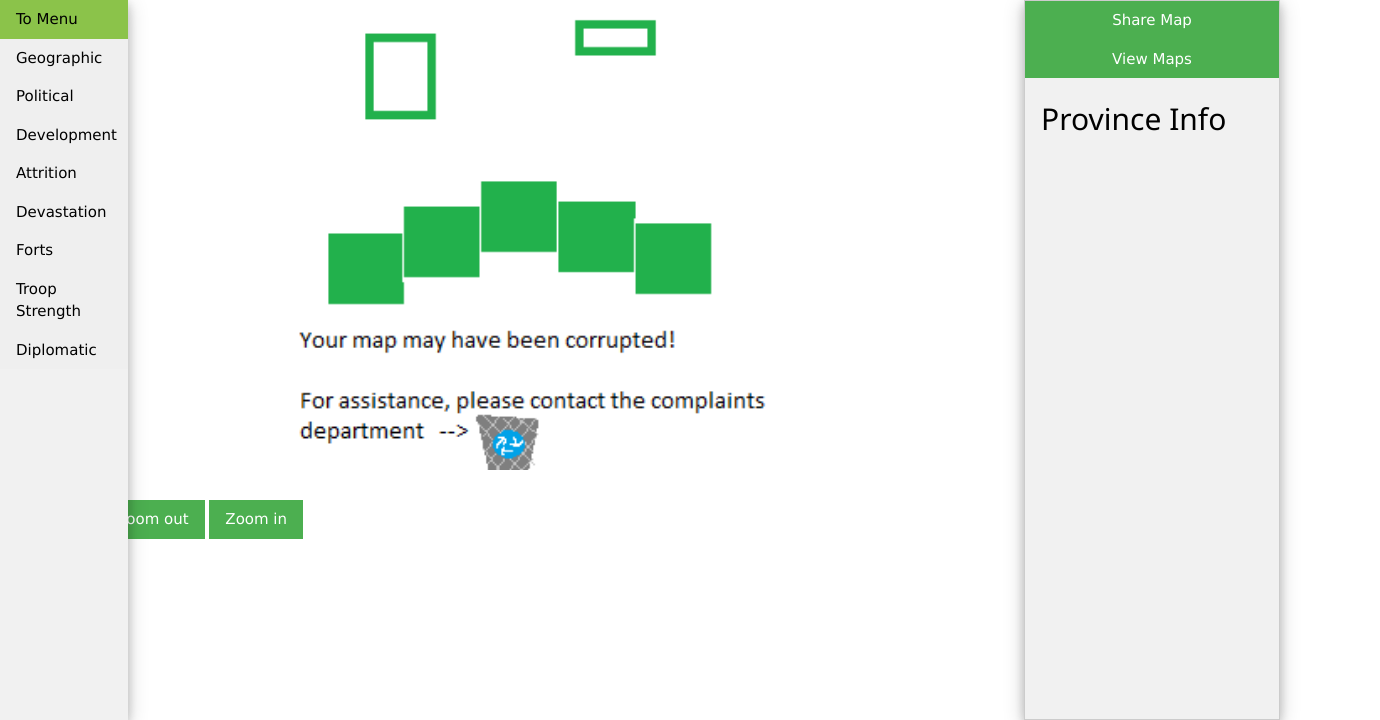
Repository: ReactorDevelopment/environment
Page: public/map.html
The author's editor kept a record of every edit. The page is drawn from the files as they stood at one moment, then again after the next edit.
The browser window is 1280 px wide. The page is 1380 px wide, then 1280 px, so the pictures cover 1380 px, including what lies to the right of the window. The pictures show the whole page.

Above is the page before.
Console error: SyntaxError: Identifier 'ALPHA' has already been declared

### public/map.html
<!DOCTYPE html>
<html>
    <head>
      <meta charset="UTF-8">
      <title>Title</title>
      <meta name="viewport" content="width=device-width, initial-scale=1">
      <link rel="stylesheet" href="https://www.w3schools.com/w3css/4/w3.css">
      <script src="https://ajax.googleapis.com/ajax/libs/jquery/3.5.1/jquery.min.js"></script>
      <script src="tint.js"></script>
      <script src="Nation.js"></script>
      <script src="saveBooter.js"></script>
      <script src="mapController.js"></script>
      <script src="Province.js"></script>
      <script src="Europe.js"></script>
      <script src="Province.js"></script>
    </head>
    <body>
      <div class="w3-sidebar w3-light-grey w3-bar-block w3-card-4" style="width:10%; top:0">
        <button onclick="toMenu()" class=" w3-bar-item w3-button w3-green w3-hover-light-green">To Menu</button>
        <input type="button" id="geoMode" class="w3-bar-item w3-hover-green" value="Geographic" onclick="map.updateAllOverlays(0)">
        <input type="button" id="polMode" class="w3-bar-item w3-hover-green" value="Political" onclick="map.updateAllOverlays(1)">
        <input type="button" id="devMode" class="w3-bar-item w3-hover-green" value="Development" onclick="map.updateAllOverlays(3)">
        <input type="button" id="attMode" class="w3-bar-item w3-hover-green" value="Attrition" onclick="map.updateAllOverlays(4)">
        <input type="button" id="brnMode" class="w3-bar-item w3-hover-green" value="Devastation" onclick="map.updateAllOverlays(5)">
        <input type="button" id="frtMode" class="w3-bar-item w3-hover-green" value="Forts" onclick="map.updateAllOverlays(6)">
        <input type="button" id="mitMode" class="w3-bar-item w3-hover-green" value="Troop Strength" onclick="map.updateAllOverlays(7)">
        <input type="button" id="dipMode" class="w3-bar-item w3-hover-green" value="Diplomatic" onclick="map.updateAllOverlays(8)">
      </div>
      <ul id="provInfo" class="w3-sidebar w3-light-grey w3-bar-block w3-ul w3-border w3-card-4 w3-hoverable" style="margin-left:80%; width:20%; top:0">
        <li onclick="toDb(true)" class="w3-bar-item w3-button w3-green w3-hover-light-green" style="text-align: center">Share Map</li>
        <li onclick="toDb(false)" class="w3-bar-item w3-button w3-green w3-hover-light-green" style="text-align: center">View Maps</li>
        <li class="w3-bar-item"><h2>Province Info</h2></li>
        <li id="provName" class="w3-bar-item"></li>
        <li id="provOwner" class="w3-bar-item"></li>
        <li id="provCore" class="w3-bar-item"></li>
        <li id="provDev" class="w3-bar-item"></li>
        <li id="provBrn" class="w3-bar-item"></li>
        <li id="provAtt" class="w3-bar-item"></li>
        <li id="provFrt" class="w3-bar-item"></li>
        <li id="provTroops" class="w3-bar-item"></li>
      </ul>
      <div style="width: 100%; margin-left: 100px">
        <div class="container">
            <div ondragstart="return false" class="drag-div initial-selected">
                <img id="mapBackground" src="europe.png" style="width: 100%"/>
            </div>
        </div>
        <input type="button" id="zoomout" class="w3-button w3-green w3-hover-light-green" value="Zoom out" onclick="zoom(0.5)">
        <input type="button" id="zoomin" class="w3-button w3-green w3-hover-light-green" value="Zoom in" onclick="zoom(2)">
      </div>
    </body>
    <script>
      let dragItem = null;
      let lastDragged = document.getElementsByClassName('initial-selected')[0];
      let x_img_ele = 0;
      let y_img_ele = 0;
      var mapStr;
      var fileName;
      var map = null;
      initMap();

      function initMap(){
        map = new Europe();
        mapStr = window.location.href;
        mapStr = decodeURI(mapStr.substring(mapStr.indexOf("mapstr=")+7));
        fileName = window.location.href;
        fileName = decodeURI(fileName.substring(fileName.indexOf("file=")+5, fileName.indexOf("&")));
        try{
          buildVersion(mapStr, map);
        }catch(e){
          document.getElementById("mapBackground").src = "mapError.png";
          return
        }
        for(let i=0; i<map.getList().length; ++i){
          map.getList()[i].overlay.onload = function() {
            let imgWidth = this.width;
            let imgHeight = this.height;
            map.getList()[i].initCanvas();
            map.getList()[i].canvas.id = "map"+(i+1);
            map.getList()[i].canvas.className = "province";
            map.getList()[i].canvas.style = "position: absolute; top: "+map.getList()[i].getY()+"px; left: "+map.getList()[i].getX()+"px; width: "+(imgWidth*map.getOverscale())+"px; height: "+(imgHeight*map.overScale)+"px;";
            map.getList()[i].canvas.addEventListener('click', function(){
              document.getElementById("provName").innerHTML = "Name: "+map.getList()[i].name;
              document.getElementById("provOwner").innerHTML = "Owner: "+map.getList()[i].getOwner().getName();
              document.getElementById("provCore").innerHTML = "Core Owner: "+map.getList()[i].getCoreOwner().getName();
              document.getElementById("provDev").innerHTML = "Development: "+map.getList()[i].getDevelopment();
              document.getElementById("provBrn").innerHTML = "Devastation: "+map.getList()[i].getDevastation();
              document.getElementById("provAtt").innerHTML = "Attrition: "+map.getList()[i].getAttrition();
              document.getElementById("provFrt").innerHTML = "Fort Level: "+map.getList()[i].getFortLevel();
              document.getElementById("provTroops").innerHTML = "Legions: "+map.getList()[i].getTroops();
            });

            document.getElementsByClassName('initial-selected')[0].appendChild(map.getList()[i].canvas);

          };
          map.getList()[i].overlay.src = "europeMap/"+(i+1)+".png";
        }
      }

      function zoom(zoomincrement) {
        let initialWidth = lastDragged.getBoundingClientRect().width;
        let initialHeight = lastDragged.getBoundingClientRect().height;
        let mapX = lastDragged.getBoundingClientRect().left;
        let mapY = lastDragged.getBoundingClientRect().top;
        console.log(lastDragged.style.width);
        lastDragged.style.width = (initialWidth * zoomincrement) + 'px';
        lastDragged.style.height = (initialHeight * zoomincrement) + 'px';
        console.log(lastDragged.style.width);

        let zoomAdj = [1, 1];
        for(let i=0; i<map.getList().length; ++i){
          let provAt = document.getElementById('map'+(i+1));
          provAt.style.left = (map.getList()[i].relX * lastDragged.getBoundingClientRect().width/100.0*zoomAdj[0]) + 'px';
          provAt.style.top = (map.getList()[i].relY * lastDragged.getBoundingClientRect().height/100.0*zoomAdj[1]) + 'px';
          provAt.style.width = (provAt.getBoundingClientRect().width * zoomincrement) + 'px';
          provAt.style.height = (provAt.getBoundingClientRect().height * zoomincrement) + 'px';
        }
      }

      function start_drag() {
        dragItem = this;
        lastDragged = this;
        x_img_ele = window.event.clientX - dragItem.offsetLeft;
        y_img_ele = window.event.clientY - dragItem.offsetTop;

      }

      function stop_drag() {
        dragItem = null;
      }

      function while_drag() {
        var x_cursor = window.event.clientX;
        var y_cursor = window.event.clientY;
        if (dragItem !== null) {
          dragItem.style.left = (x_cursor - x_img_ele) + 'px';
          dragItem.style.top = ( window.event.clientY - y_img_ele) + 'px';

            console.log(dragItem.style.left+' - '+dragItem.style.top);

        }
      }
      function toMenu(){
        window.open("/", "_self");
      }
      function toDb(update){
        if(update)
          window.open("/login.html?file="+fileName+"&mapstr="+mapStr, "_self");
        else
          window.open("/database.html", "_self");
      }
      $('.drag-div').each(function () {
        this.addEventListener('mousedown', start_drag);
      });
      $('.drag-div').each(function () {
        this.addEventListener('mousemove', while_drag);
        this.addEventListener('mouseup', stop_drag);
      });
    </script>
</html>

<style>
    .drag-div {
      overflow: hidden;
      height:470px;
      cursor: move;
      position: relative;
      width: 915px;
      background-color: coral;
    }

    .container {
      overflow: hidden;
      height:500px;
    }

### public/tint.js
function createCanvas(image, canvas, color){

    // create a new canvas element
    //var myCanvas = document.createElement("canvas");
    var myCanvasContext = canvas.getContext("2d");


    var imgWidth=image.width;
    var imgHeight=image.height;

    // set the width and height to the same as the image
    canvas.width= imgWidth;
    canvas.height = imgHeight;

    // draw the image
    myCanvasContext.drawImage(image,0,0);

    // get all the image data into an array
    if(imgHeight === 0 || imgWidth === 0)
        return

    var imageData = myCanvasContext.getImageData(0,0, imgWidth, imgHeight);


    if(color !== undefined)
        for (let j=0; j<imageData.width; j++){
            for (let i=0; i<imageData.height; i++){
                let index=(i*4)*imageData.width+(j*4);
                let pixel = [imageData.data[index], imageData.data[index+1], imageData.data[index+2], imageData.data[index+3]];
                let fade = 0.8;
                imageData.data[index] = faded(imageData.data[index], color[1], fade);
                imageData.data[index+1] = faded(imageData.data[index+1], color[2], fade);
                imageData.data[index+2] = faded(imageData.data[index+2], color[3], fade);
                //imageData.data[index+3] = color[0];
            }
        }

     // put the image data back into the canvas
     myCanvasContext.putImageData(imageData, 0, 0, 0, 0, imageData.width, imageData.height);

  }

function faded(background, foreground, opacity){
    return (background*(-opacity+1)+foreground*opacity);
}

### public/saveBooter.js
const SAVE_FORM = [3, 5, 4, 4, 4, 5, 4, 4, 3];
var loadString;
var playerList;
function buildVersion(loadStr, map){
    loadString = loadStr;
    logLoad();
    let plStrLen = 3 + 1 + 1 + SAVE_FORM[2] + SAVE_FORM[3] + SAVE_FORM[4]; //length of player information
    let pStrLen = SAVE_FORM[8] + SAVE_FORM[1] + SAVE_FORM[5] + SAVE_FORM[6] + SAVE_FORM[7] + 1; //length of province information
    let init = 8; //encoding, mapId, turnNum
    let plLen = 3;
playerList = new Array(get(loadString.indexOf("!")+1, plLen));
    /*if (!firstLoaded) {
        mapImperium(get(4, 1));
        console.log("Testyear", loadString.substring(loadString.indexOf('[')+1, loadString.indexOf(',', loadString.indexOf('[')))
                +", "+loadString.substring(loadString.indexOf(',', loadString.indexOf('['))+1, loadString.indexOf(']')));
        console.log("plterLen", loadString.substring(loadString.indexOf("!"), loadString.indexOf("!") + plLen) + ", " + map.getList().length + ", " + (init + pStrLen * map.getList().length));
        game = new Game(context, get(loadString.indexOf("!")+1, plLen), get(loadString.indexOf("|") - 1, 1),
                [loadString.substring(loadString.indexOf('[')+1, loadString.indexOf(',', loadString.indexOf('['))), loadString.substring(loadString.indexOf(',', loadString.indexOf('['))+1, loadString.indexOf(']'))]);

        setupMap();
    } else {
        game.setPlayerLength(get(loadString.indexOf("!")+1, plLen));
        game.setTimeline(loadString.substring(loadString.indexOf('[')+1, loadString.indexOf(',', loadString.indexOf('['))));
        game.setYear(Integer.parseInt(loadString.substring(loadString.indexOf(',', loadString.indexOf('['))+1, loadString.indexOf(']'))));
        map.resetAll();
    }*/
    //game.setTurnNum(get(5, SAVE_FORM[0]));
    //if (debugingOn) game.setTurnNum(0);
    let lastStart = 0;
    lastStart = loadString.indexOf("<", lastStart)+1;
    let ranOut = false;
    for (let i = 0; i < map.getList().length; i++) {
        let pAt = map.getList()[i];
        console.log("inProv", pAt.getName()+": {" + loadString.substring(lastStart, loadString.indexOf("<", lastStart)) + "}");
        pAt.setLoadTag(loadString.substring(lastStart, lastStart + SAVE_FORM[8]));
        pAt.setCoreOwner(loadString.substring(lastStart + SAVE_FORM[8], lastStart + SAVE_FORM[8] + 3));
        pAt.setDevelopment(getD(lastStart + SAVE_FORM[8] + 3, SAVE_FORM[5]));
        pAt.modDevastation(getD(lastStart + SAVE_FORM[8] + 3 + SAVE_FORM[5], SAVE_FORM[6]));
        pAt.setAttrition(getD(lastStart + SAVE_FORM[8] + 3 + SAVE_FORM[5] + SAVE_FORM[6], SAVE_FORM[7]));
        pAt.setFortLevel(get(lastStart + SAVE_FORM[8] + 3 + SAVE_FORM[5] + SAVE_FORM[6] + SAVE_FORM[7], 1));
        let stackAt = loadString.indexOf("(", lastStart)+1;
        while(stackAt < loadString.indexOf(")", lastStart)-1){
            let stackString = loadString.substring(stackAt, loadString.indexOf(",", stackAt));
            console.log("MakeStack", stackString+", "+stackString.length+", "
                    +stackString.substring(0, 3));
            /*let ts = new TroopStack(stackString.substring(0, 3),
                    parseFloat(stackString.substring(3, 8))
                    , parseInt(stackString.substring(8, 9)));*/
            //pAt.getTroopStacks().add(ts);
            pAt.modTroops(parseFloat(stackString.substring(3, 8)));
            stackAt += stackString.length+1;
        }
        if(loadString.indexOf("!", lastStart) < loadString.indexOf("<", lastStart)) {
            ranOut = true;
            break; //break after ran out of provinces to load, while creating new provinces not in save
        }
        lastStart = loadString.indexOf("<", lastStart)+1;
    }
    if(ranOut) lastStart = loadString.indexOf("<", lastStart)+1;
    console.log("building", "player strt");
    let saveStart = lastStart;
    let ais = new Array(playerList.length);

    for (let i = 0; i < playerList.length; i++) {
        //int index = init + plLen + pStrLen * map.getList().length + plStrLen * i;
        ais[i] = loadString.charAt(lastStart + 3) == '1';
        lastStart = loadString.indexOf("<", lastStart)+1;
    }
    lastStart = saveStart;
    for (let player = 0; player < playerList.length; player++) {
        //int index = init + plLen + pStrLen * map.getList().length + plStrLen * player;
        let index = lastStart;
        playerList[player] = new Nation(player, loadString.substring(index, index + 3), "alp", 0);
        console.log("PlayerSave", playerList[player].tag+"Text: " + loadString.substring(index, 17 + index));
        index += 3 + 1;
        console.log("LoadStage", "Stage: "+loadString.substring(index-1, index+1));
        //playerList[player].setStage(get(index, 1));
        index += 1;
        console.log("TroopsSet", "" + loadString.substring(index, index + SAVE_FORM[2]));
        //playerList[player].setTroops(getD(index, SAVE_FORM[2]));
        index += SAVE_FORM[2];
        console.log("monrtes", "" + loadString.substring(index, index + SAVE_FORM[3]));
        //playerList[player].setMonetae(get(index, SAVE_FORM[3]));
        index += SAVE_FORM[3];
        console.log("conquests", loadString.substring(index, index + SAVE_FORM[4]));
        //playerList[player].setConquers(get(index, SAVE_FORM[4]));

        index = loadString.indexOf("(", index)+1;
        let endDip = loadString.indexOf(")", index);
        let dipAt = 0;
        while (index < endDip){
            console.log("BuoldDip", loadString.substring(lastStart, lastStart+3)+"| "+loadString.substring(index, index+1)+"| "+loadString.substring(index, endDip));
            if(loadString.charAt(index) == ','){
                index++; dipAt++;
                continue;
            }
            /*if(dipAt == 0) {
                console.log("LoadRequest", "to "+playerList[player].getTag()+" from "+loadString.substring(index+8, index+11));
                playerList[player].addRequestFrom(parseInt(loadString.substring(index, index+2)), loadString.substring(index+2, index+2+6), loadString.substring(index+8, index+11));
            }*/
            //console.log("DiploBuild", ""+game.inSetup);
            //if(dipAt == 1) playerList[player].addAlly(loadString.substring(index, index+3));
            //console.log("DiploBuild2", ""+game.inSetup);
            //if(dipAt == 2) playerList[player].addMinion(loadString.substring(index, index+3));
            //if(dipAt == 3) playerList[player].getDiplo()[3].add(loadString.substring(index, index+3)+loadString.substring(index+3, index+6)+loadString.substring(index+6, index+9));
            //if(dipAt == 4) playerList[player].addTruce(loadString.substring(index, index+7));
            //if(dipAt == 5) playerList[player].addOverlord(loadString.substring(index, index+3));
            index += 3;
            if(dipAt == 4) index += 4;
            if(dipAt == 3) index += 6;
            if(dipAt == 0) index += 8;
        }
        lastStart = loadString.indexOf("<", lastStart)+1;
    }
    console.log("currentPlayer", loadString.substring(loadString.indexOf("!", loadString.indexOf("!")), loadString.indexOf("!", loadString.indexOf("!"))+3));
    //game.setCurrentPlayer(get(loadString.indexOf("!", loadString.indexOf("!")+1)+1, 3));
    console.log("currentplayer", ""+loadString.substring(loadString.indexOf("!", loadString.indexOf("!")+1)+1));
    //for(Player p : playerList) p.printDiplo();
    //gameControls();
    //game.inSetup = false;
    console.log("OutSetup", "out4");

    //Loads owners of provinces
    for(let i = 0; i < map.getList().length; i++){
        //Log.i("OwnerTag", p.getName()+", "+p.getLoadTag());
        for(let player = 0; player < playerList.length; player++) {
            if (map.getList()[i].getLoadTag() == playerList[player].getTag()) {
                //Log.i("OwnerTag", pl.getTag());
                map.getList()[i].setOwnerId(playerList[player].getId());
            }
        }
        if(map.getList()[i].getOwnerId() == -1) map.getList()[i].modTroops(-map.getList()[i].getTroops());
    }
    return playerList;
}
function logLoad(){
    console.log("loadedString", "String: {");
    for (let i = 0; i < loadString.length; i += 4000)
        if (i + 4000 < loadString.length)
            console.log("loadedString", loadString.substring(i, i + 4000));
        else {
            console.log("loadedString", loadString.substring(i));
            break;
        }
    console.log("loadedString", "} String done");
}
function loadFileString(mapPath, timeline, year){
    /*let buffer = new byte[0];
    try {
        console.log("Assset", mapPath+timeline+year+", "+(context == null));
        InputStream stream = context.getAssets().open("sacredTexts/timeLines/"+mapPath+timeline+year+".imprm");
        int size = stream.available();
        buffer = new byte[size];
        stream.read(buffer);
        stream.close();
    } catch (Exception e) { e.printStackTrace(); }
    return new String(buffer);*/
}

function get(start, length){
    if(loadString.substring(start, start + length).includes("n")) return -1;
    return parseInt(loadString.substring(start, start + length));
}
function getD(start, length){
    if(loadString.substring(start, start + length) == "n") return -1;
    let num = loadString.substring(start, start + length);
    return parseFloat(loadString.substring(start, start + length));
}

### public/mapController.js
var loadedMap;

### public/Province.js
const ALPHA = 200;
const PLAYER_NONE = [ALPHA, 188, 216, 157];
const BURN_COLOR = [ALPHA, 93, 82, 60];
const GROW_COLOR = [ALPHA, 0, 255, 68];
const FORT_COLOR = [ALPHA, 0, 110, 255];
const DEV_COLOR = [ALPHA, 255, 245, 0];
const DECAY_COLOR = [ALPHA, 255, 0, 0];
const MIGHT_COLOR = [ALPHA, 0, 255, 0];
const ALLY_COLOR = [ALPHA, 0, 148, 7];
const TRUCE_COLOR = [ALPHA, 247, 249, 215];
const SELF_COLOR = [ALPHA, 86, 225, 91];
const SUBJECT_COLOR = [ALPHA, 0, 245, 139];
const OVERLORD_COLOR = [ALPHA, 92, 135, 255];

class Province{
    constructor(id, absX, absY, name, dev, attrition){
        this.id = id;
        this.absX = absX+3;
        this.absY = absY+1;
        this.relX = absX/915*100;
        this.relY = absY/470*100;
        this.name = name;
        this.dev = dev;
        this.devastation = 0;
        this.fortLevel = 0;
        this.troops = 0;
        this.ownerId = -1;
        this.coreOwner = "#nn";
        this.loadTag = "#nn";
        this.canvas = document.createElement("canvas");
        this.overlay = new Image();
        this.attrition = attrition;
    }

    initCanvas(){
        createCanvas(this.overlay, this.canvas);
    }
    setLoadTag(tag){
        this.loadTag = tag;
    }
    getLoadTag(){
        return this.loadTag;
    }
    setOwnerId(newId){
        this.ownerId = newId;
    }
    getOwnerId(){
        return this.ownerId;
    }
    getName(){
        return this.name;
    }
    getX(){
        return this.absX;
    }
    getY(){
        return this.absY;
    }
    getOwner() {
        if (this.ownerId >= 0) return playerList[this.ownerId];
        return null;
    }
    getCoreOwner() {
        for(let i=0; i<playerList.length; i++)
            if(this.coreOwner == playerList[i].getTag())
                return playerList[i];

        return null;
    }
    getTroops(){
        return this.troops;
    }
    getOverlay(){
        return this.overlay;
    }
    modTroops(mod){
        this.troops += mod;
    }
    getDevelopment(){
        return this.dev;
    }
    setDevelopment(dev){
        this.dev = dev;
    }
    getDevastation(){
        return this.devastation;
    }
    modDevastation(devas){
        this.devastation += devas;
    }
    getAttrition(){
        return this.attrition;
    }
    setAttrition(attr){
        this.attrition = attr;
    }
    getFortLevel(){
        return this.fortLevel;
    }
    setFortLevel(lvl){
        this.fortLevel = lvl;
    }
    setCoreOwner(core){
        this.coreOwner = core;
    }
    updateOverlay(mapMode, maxDev, maxTroops) {
                this.canvas.style.visibility = "visible";
                if (mapMode == 0) this.canvas.style.visibility = "hidden";

                if(mapMode == 1 && this.ownerId != -1 && this.ownerId < playerList.length && this.getOwner() != null) createCanvas(this.overlay, this.canvas, this.getOwner().color);
                else if(mapMode == 1) createCanvas(this.overlay, this.canvas, PLAYER_NONE);
                //if (mapMode == 2) this.overlay.setColorFilter(getContinent().getColor());
                if (mapMode == 3) createCanvas(this.overlay, this.canvas, this.fade(DEV_COLOR, this.dev, maxDev));
                if (mapMode == 4) createCanvas(this.overlay, this.canvas, this.fade(DECAY_COLOR, 1 - this.attrition, .2));
                if (mapMode == 5) createCanvas(this.overlay, this.canvas, this.fadeBound(BURN_COLOR, GROW_COLOR, this.devastation, 1, -.08));
                if (mapMode == 6) createCanvas(this.overlay, this.canvas, this.fade(FORT_COLOR, this.fortLevel, 5));
                if (mapMode == 7) createCanvas(this.overlay, this.canvas, this.fade(MIGHT_COLOR, this.troops, maxTroops));
                if(mapMode == 8) createCanvas(this.overlay, this.canvas, PLAYER_NONE);
    }

    fade(color, value, max){
        let average = (color[1]+color[2]+color[3])/3+50;
        let red = Math.floor((1-value/max)*average+(value/max)*color[1]);
        let green = Math.floor((1-value/max)*average+(value/max)*color[2]);
        let blue = Math.floor((1-value/max)*average+(value/max)*color[3]);
        //filterAt = Color.argb(255, red, green, blue);
        return [255, red, green, blue];
    }
    fadeBound(color, negColor, value, max, min){
        if(value < 0) return this.fade(negColor, -value, min);
        else return this.fade(color, value, max);
    }
}

Loaded but not shown: public/Nation.js (447 lines, source omitted); public/Europe.js (962 lines, source omitted)

After the next edit:
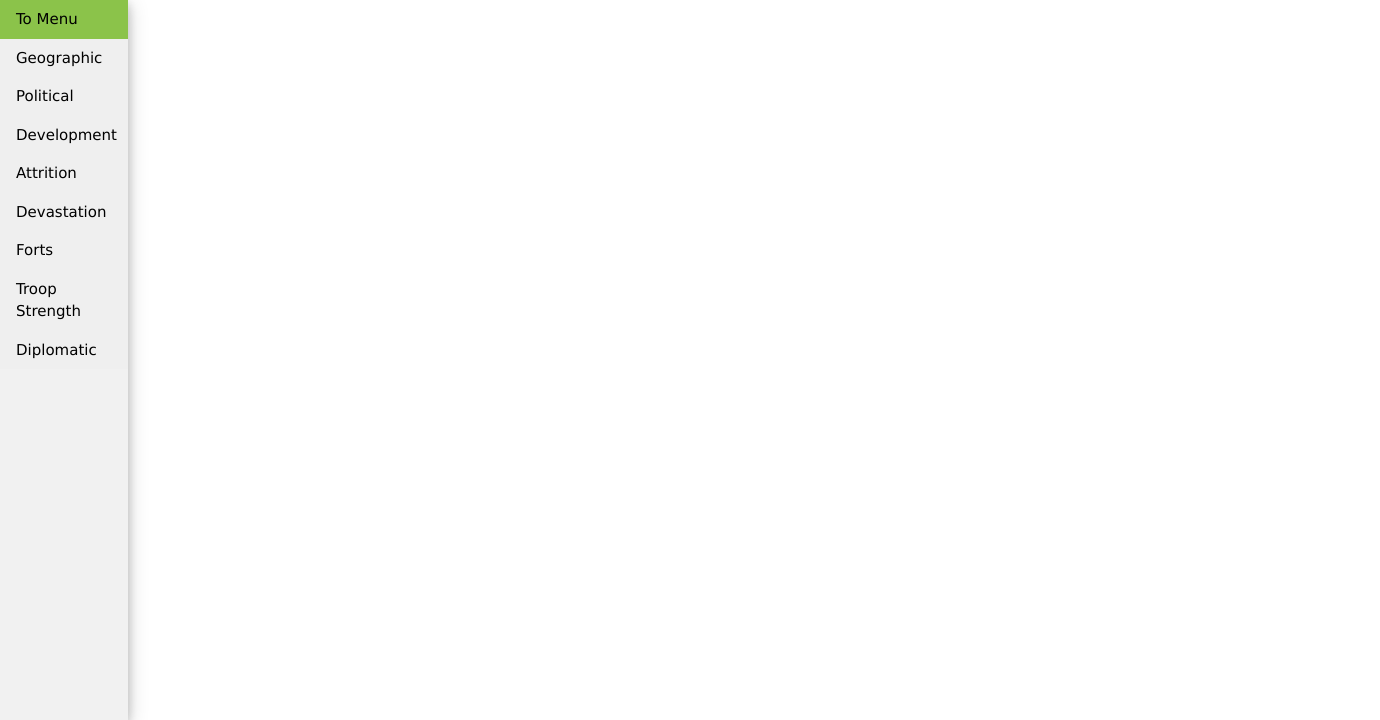
The edit:
--- a/public/map.html
+++ b/public/map.html
@@ -26,7 +26,7 @@
         <input type="button" id="mitMode" class="w3-bar-item w3-hover-green" value="Troop Strength" onclick="map.updateAllOverlays(7)">
         <input type="button" id="dipMode" class="w3-bar-item w3-hover-green" value="Diplomatic" onclick="map.updateAllOverlays(8)">
       </div>
-      <ul id="provInfo" class="w3-sidebar w3-light-grey w3-bar-block w3-ul w3-border w3-card-4 w3-hoverable" style="margin-left:80%; width:20%; top:0">
+      <!--<ul id="provInfo" class="w3-sidebar w3-light-grey w3-bar-block w3-ul w3-border w3-card-4 w3-hoverable" style="margin-left:80%; width:20%; top:0">
         <li onclick="toDb(true)" class="w3-bar-item w3-button w3-green w3-hover-light-green" style="text-align: center">Share Map</li>
         <li onclick="toDb(false)" class="w3-bar-item w3-button w3-green w3-hover-light-green" style="text-align: center">View Maps</li>
         <li class="w3-bar-item"><h2>Province Info</h2></li>
